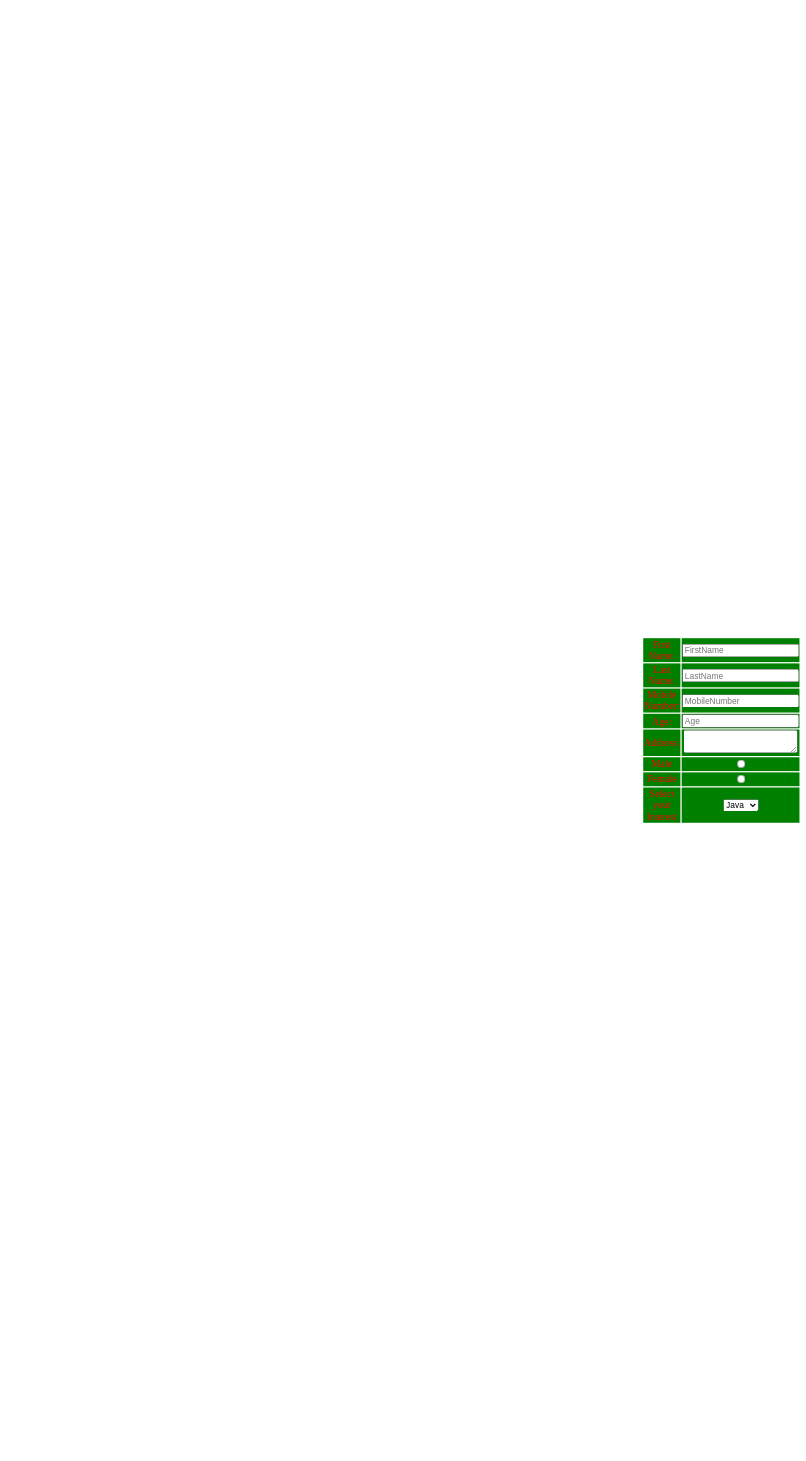
Repository: Ganesh281996/Ganesh
Page: BasicHtml/WebContent/Login.html
These files come from the project's save history. The page is drawn as it stood at one moment and after the next save; the edit follows.
The browser window is 1280 px wide. The pictures show the whole page, at 63% of full size.

Above is the page before, as saved 2018-03-27 12:34:47.
Console error: SyntaxError: Unexpected token ')'

After the next save:
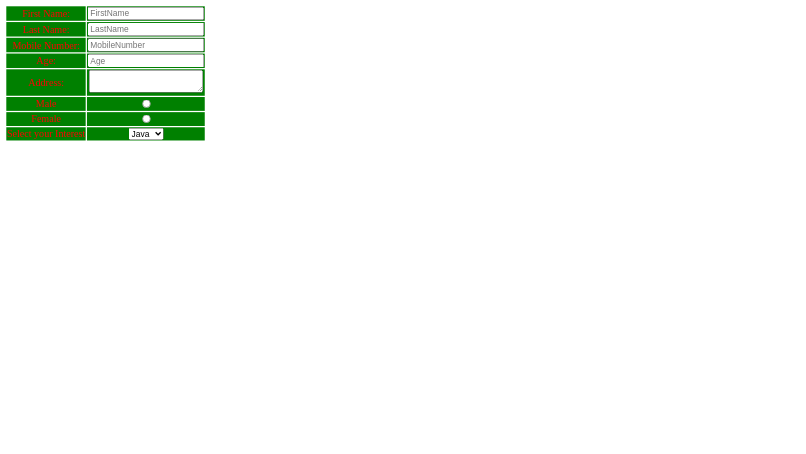
Saved 87 s later.
--- a/BasicHtml/WebContent/Login.html
+++ b/BasicHtml/WebContent/Login.html
@@ -11,7 +11,6 @@ table
 {
 border: 20px;
 align: right;
-margin: 80%;
 }
 td {
 	text-align: center;
